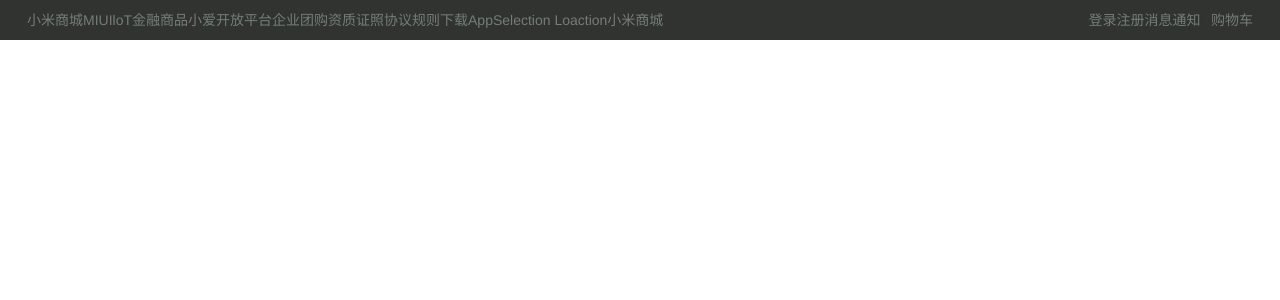
Repository: chenguocan/mi
Page: index.html
These files come from the project's save history. The page is drawn as it stood at one moment and after the next save; the edit follows.
The browser window is 1280 px wide. The pictures show the whole page.

Above is the page before, as saved 2020-10-13 09:46:18.

After the next save:
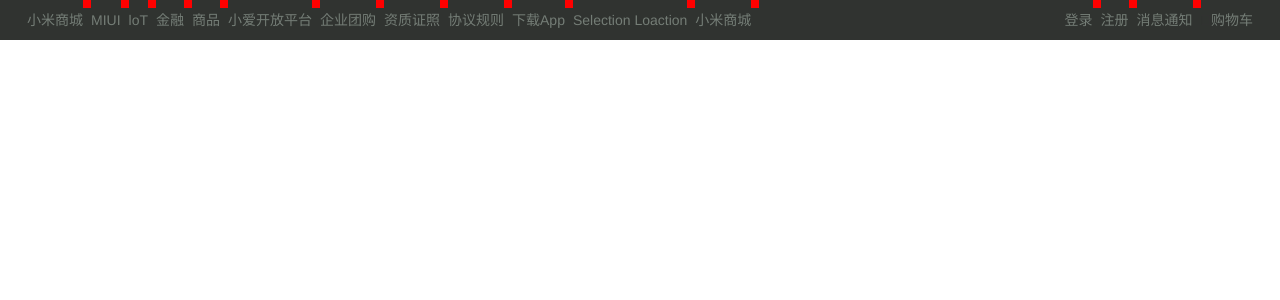
Saved 4 s later.
--- a/css/index.css
+++ b/css/index.css
@@ -21,5 +21,5 @@
 }
 .line{
 
-    border-bottom:4px solid red;
+    border:4px solid red;
 }
